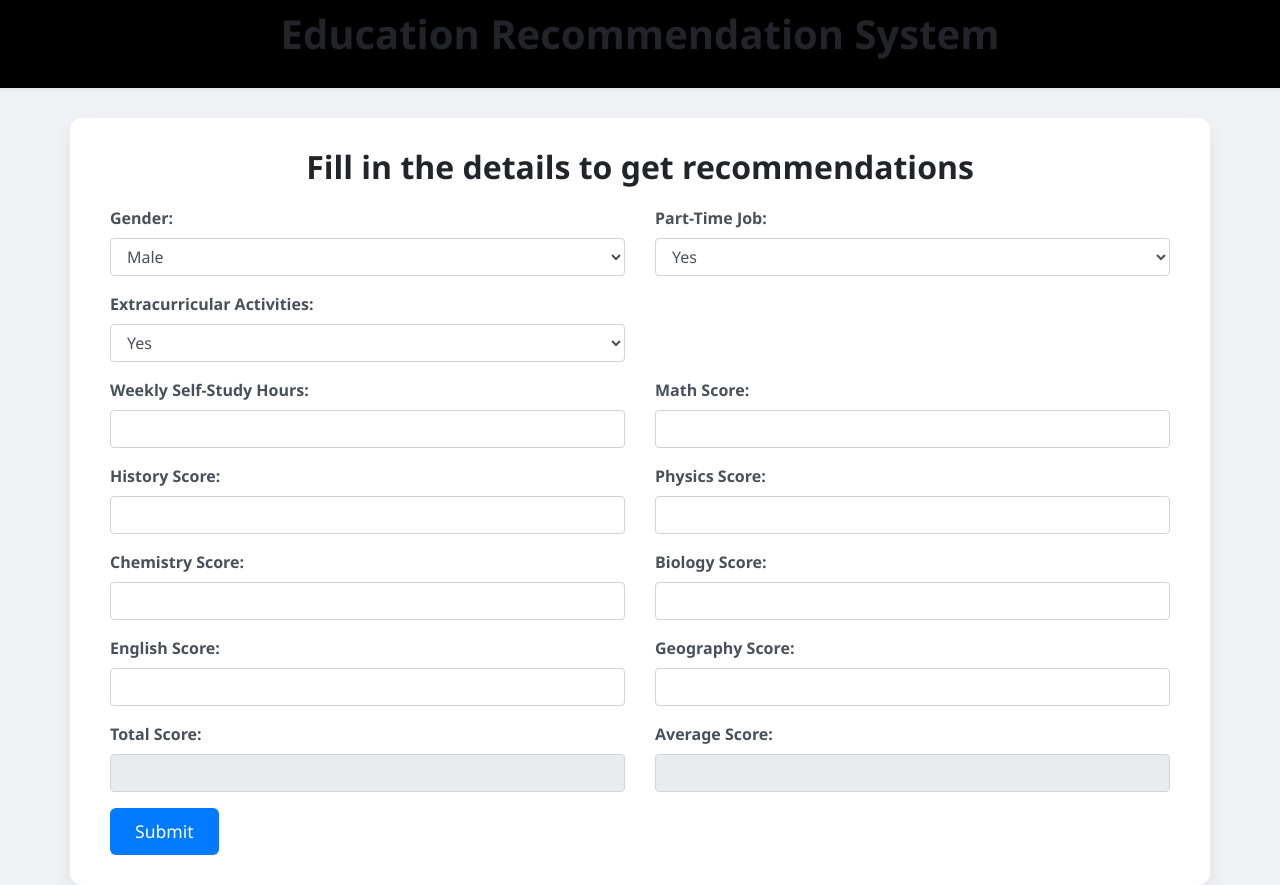
Repository: Srikeerthi05/Smart-career-guidance-system
Page: http://localhost/recommend
An editor plug-in stored every save of this project. The page is shown before and after a run of saves, followed by the edit.
The browser window is 1280 px wide. The pictures show the whole page.
The page is served by the project's application, run on Flask 3 (app.py).

Above is the page before, as saved 2025-06-01 18:56:53.

After the next 2 saves:
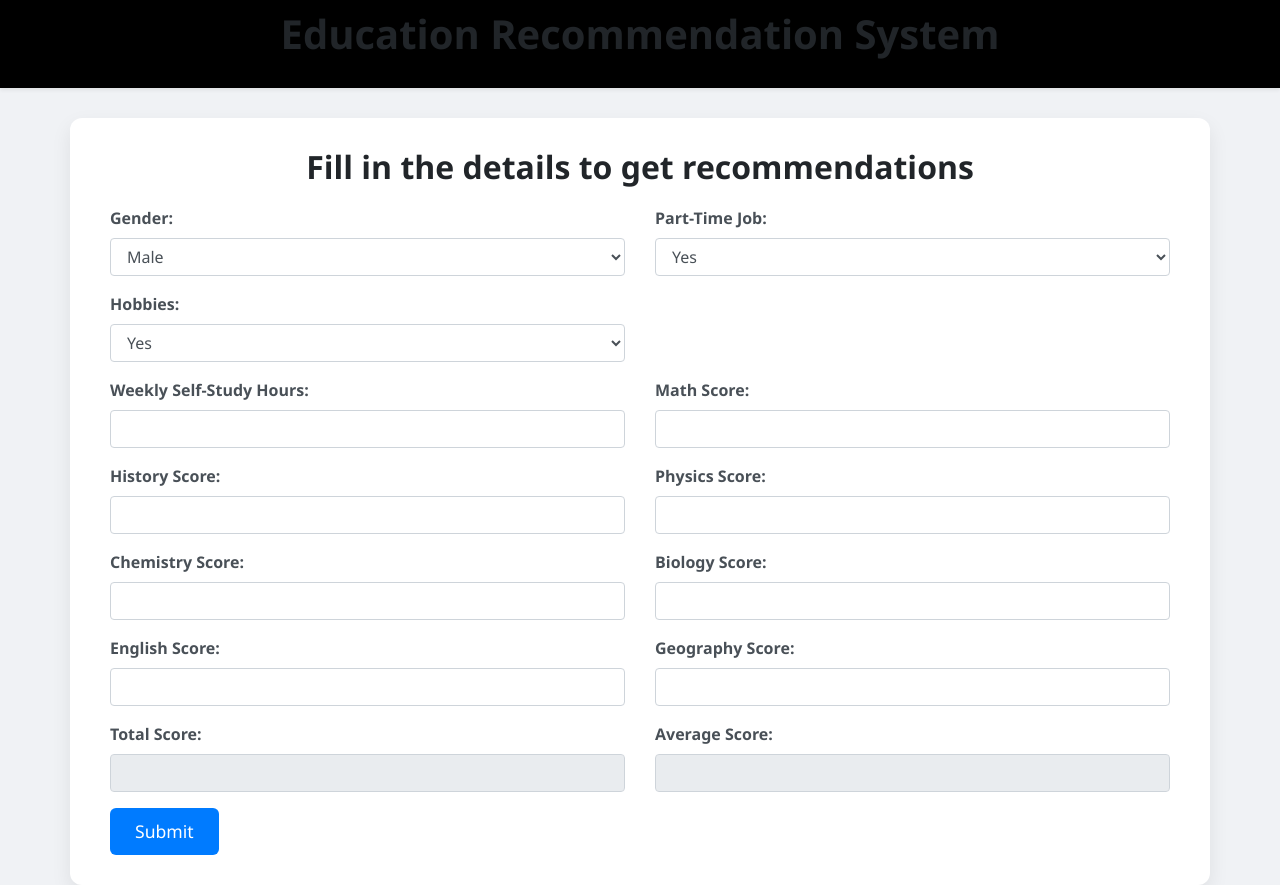
The 2 saves are shown as one change because they came seconds apart.
The last was saved 25 s later.
--- a/templates/recommend.html
+++ b/templates/recommend.html
@@ -159,7 +159,7 @@ h1, h2 {
 
             <div class="col-md-6">
                 <div class="form-group">
-                    <label for="extracurricular_activities">Extracurricular Activities:</label>
+                    <label for="extracurricular_activities">Hobbies:</label>
                     <select class="form-control" id="extracurricular_activities" name="extracurricular_activities">
                         <option value="true">Yes</option>
                         <option value="false">No</option>
